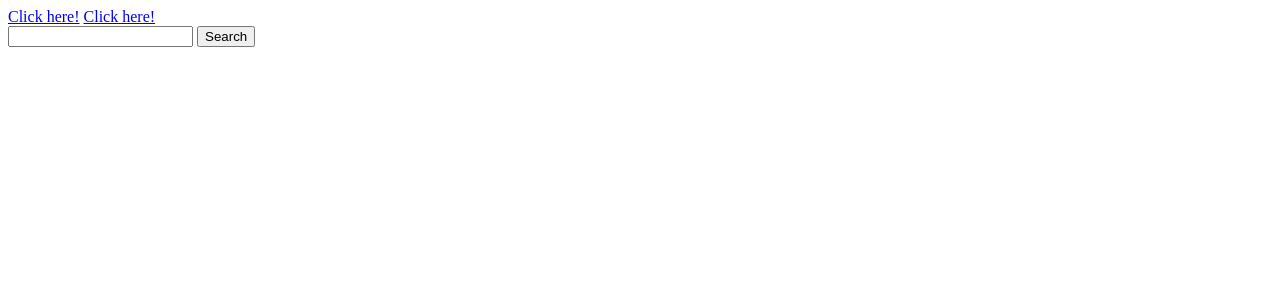
Repository: lyutok/cs50-search-project
Page: google.html
These files come from the project's save history. The page is drawn as it stood at one moment and after the next save; the edit follows.
The browser window is 1280 px wide. The pictures show the whole page.

Above is the page before, as saved 2025-07-05 17:09:00.

After the next save:
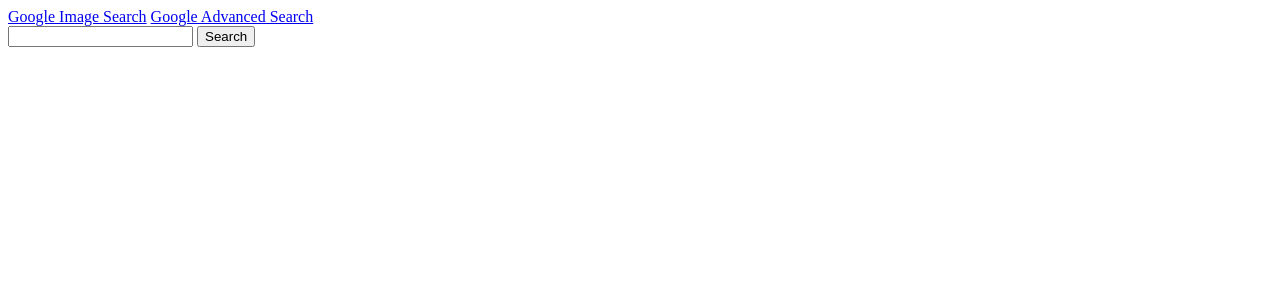
Saved 3 min 29 s later.
--- a/google.html
+++ b/google.html
@@ -5,8 +5,8 @@
     <title>Google Search</title>
 </head>
 <body>
-    <a href="https://google.com">Click here!</a>
-    <a href="https://google.com">Click here!</a>
+    <a href="image.html">Google Image Search</a>
+    <a href="advanced.html">Google Advanced Search</a>
     <form action="https://www.google.com/search">
         <input type="text" name="q">
         <button type="submit">Search</button>
